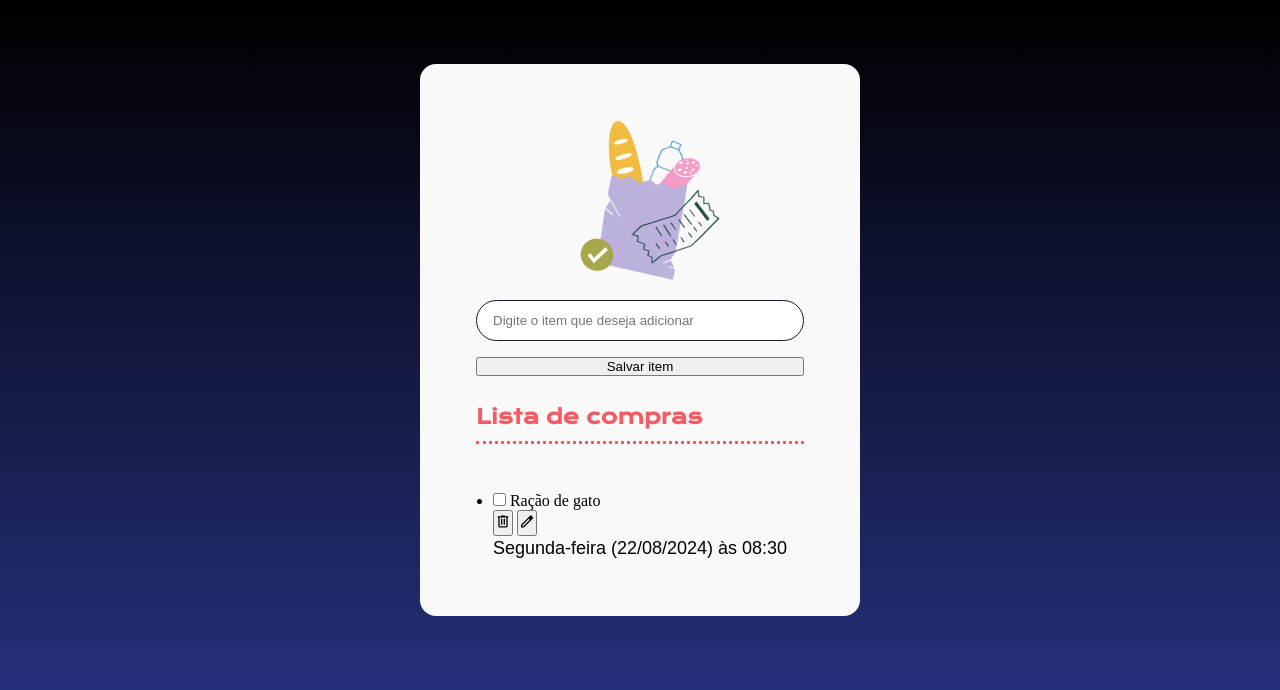
Repository: joaoPraiaJunior/compras_js
Page: index.html
These files come from the project's save history. The page is drawn as it stood at one moment and after the next save; the edit follows.
The browser window is 1280 px wide. The pictures show the whole page.
Some web fonts or font styles are not loaded; a fallback is used.

Above is the page before, as saved 2024-08-22 21:02:42.

After the next save:
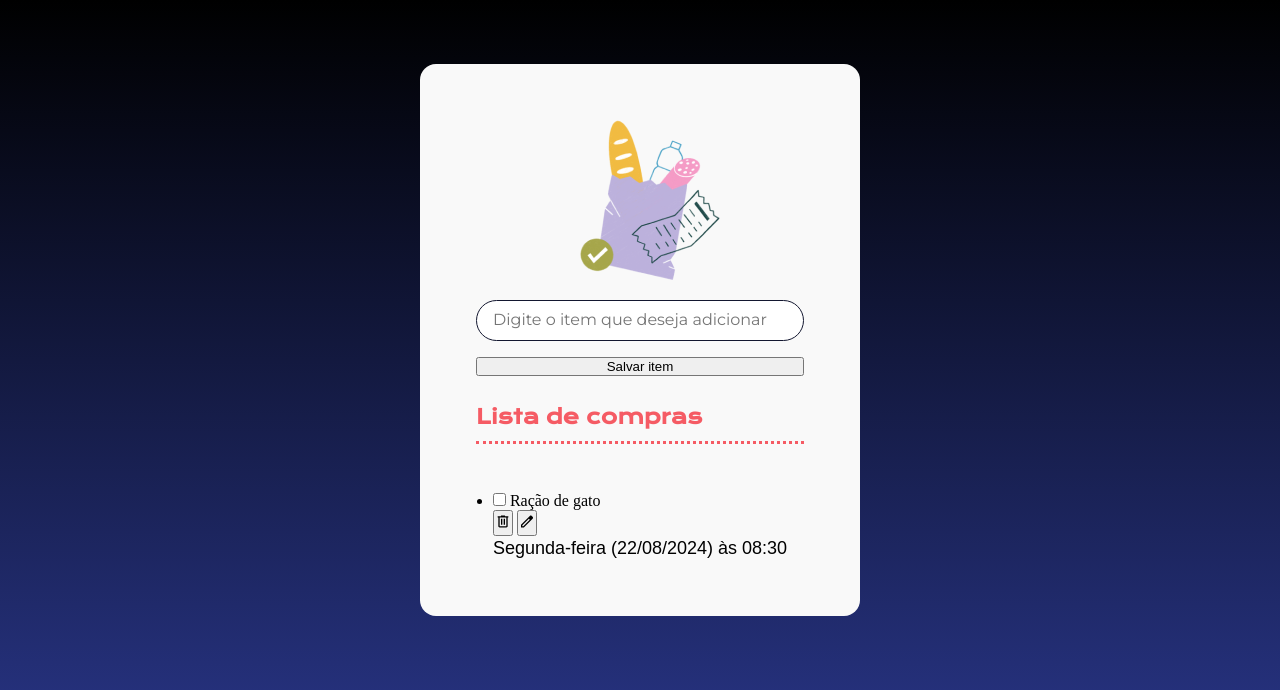
Saved 96 s later.
--- a/css/styles.css
+++ b/css/styles.css
@@ -89,3 +89,9 @@ p {
     border-radius: 2.4rem;
     padding: 1.2rem 1.6rem;
 }
+
+.busca__campo::placeholder {
+    font-family: "Montserrat", sans-serif;
+    font-size: 1.6rem;
+    line-height: 1.9rem;
+}
